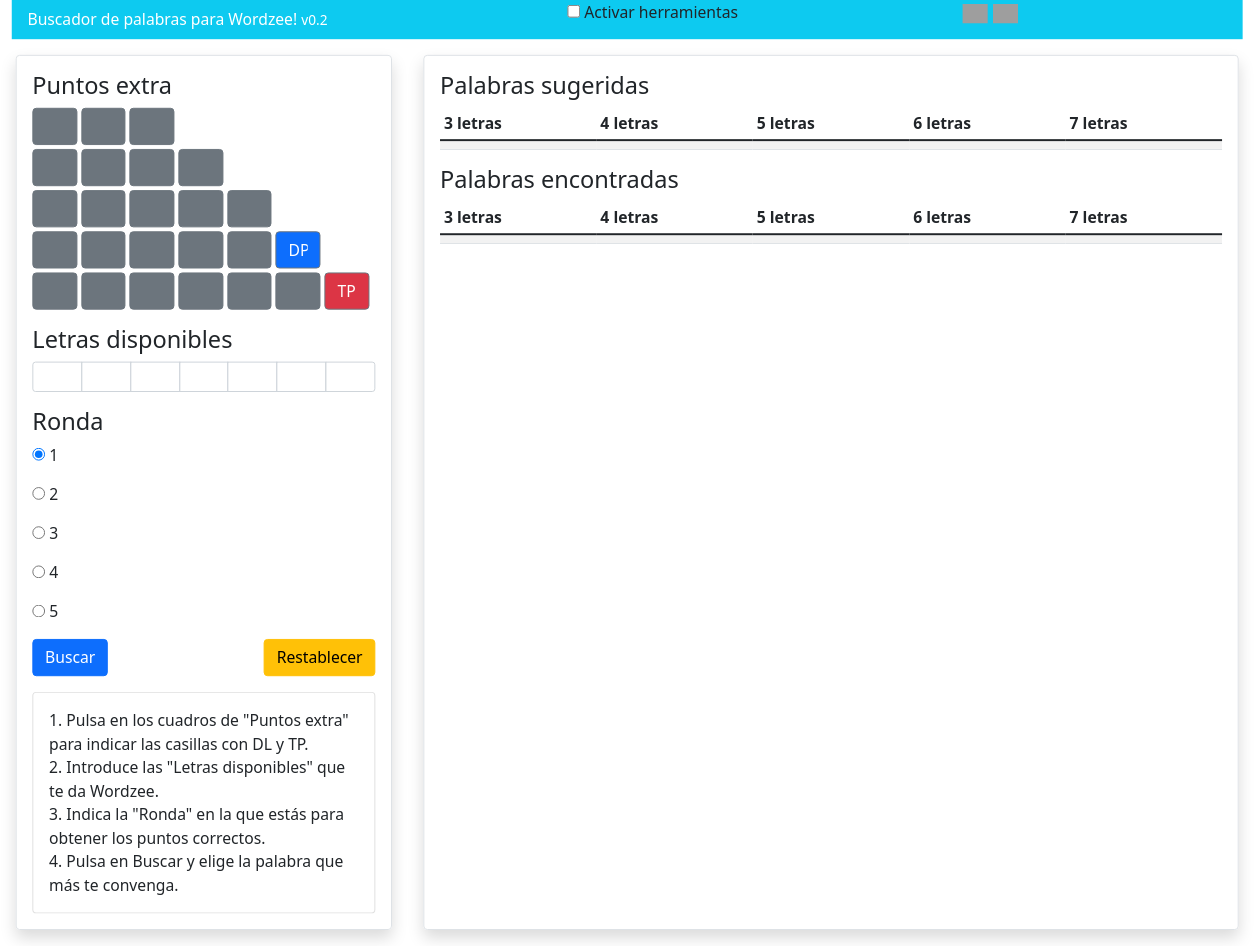
Repository: angelcafe/wordzee-bp_javascript
Page: index.html
The author's editor kept a copy of each file at every save. The page is drawn from the files as they stood at one save, then again after the next save.
The browser window is 1280 px wide. The pictures show the whole page, at 98% of full size.
Pictures or frames that could not be fetched are drawn as grey boxes.

Above is the page before, as saved 2021-10-22 22:00:08.

After the next save:
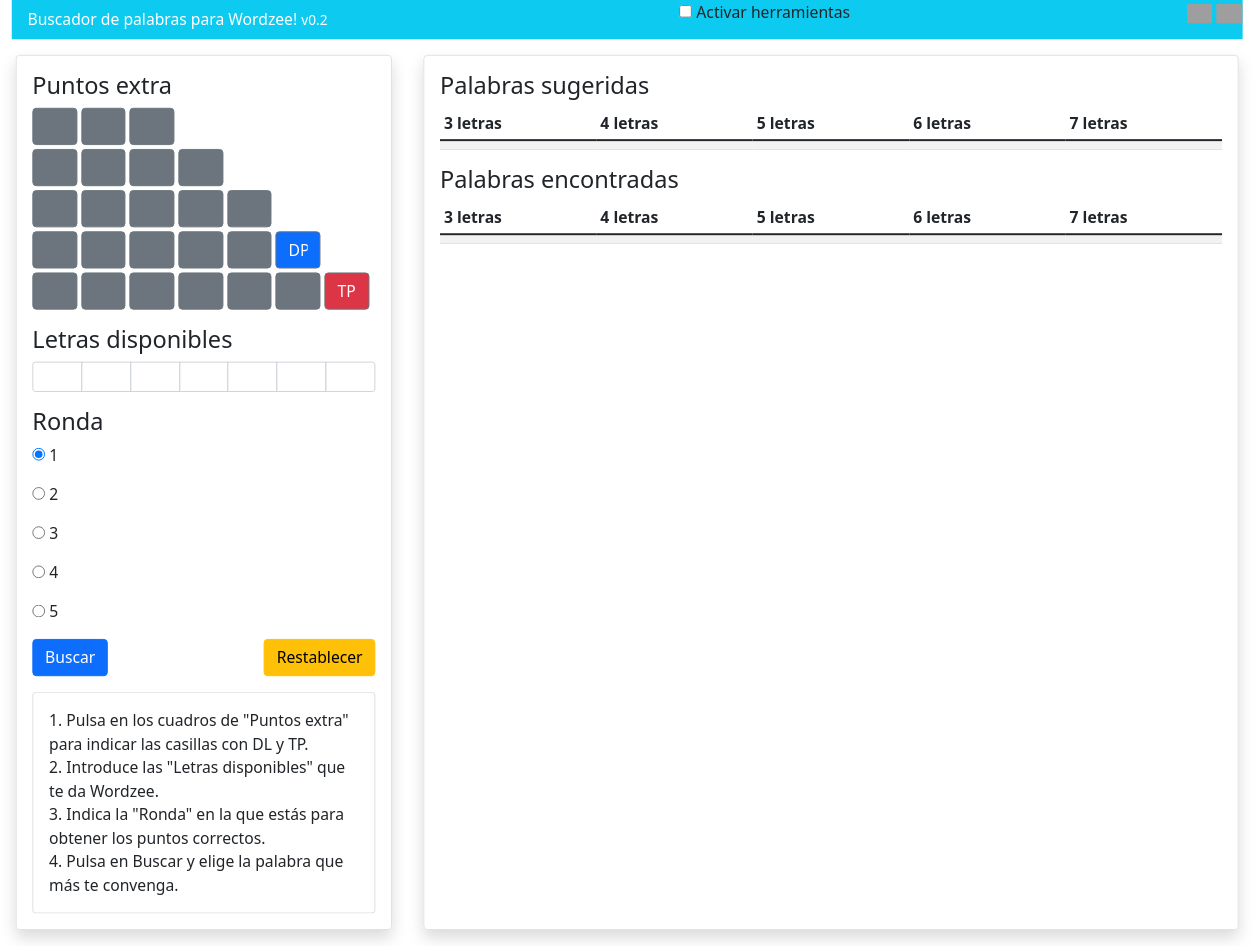
Saved 119 s later.
--- a/index.html
+++ b/index.html
@@ -18,17 +18,17 @@
 <body>
     <div class="container-fluid pl-2 pr-2">
         <!-- Cabecera -->
-        <nav class="nav flex-column flex-sm-row bg-info">
-            <li class="nav-item flex-sm-fill">
+        <nav class="nav d-flex justify-content-between bg-info">
+            <li class="nav-item">
                 <span class="nav-link text-white">Buscador de palabras para Wordzee! <small>v0.2</small></span>
             </li>
-            <li class="nav-item flex-sm-fill">
+            <li class="nav-item">
                 <div class="custom-control custom-switch custom-control-inline">
                     <input class="custom-control-input" type="checkbox" id="idActivarHerramientas">
                     <label class="custom-control-label" for="idActivarHerramientas">Activar herramientas</label>
                 </div>
             </li>
-            <li class="nav-item flex-sm-fill">
+            <li class="nav-item">
                 <span class="navbar-text">
                     <a href="https://www.facebook.com/BuscaPalabras-para-Wordzee-106324508497974" target="_blank"><img src="https://upload.wikimedia.org/wikipedia/commons/5/51/Facebook_f_logo_%282019%29.svg" height="20"></a>
                     <a href="https://t.me/buscadorwordzee" target="_blank"><img src="https://upload.wikimedia.org/wikipedia/commons/thumb/8/83/Telegram_2019_Logo.svg/2048px-Telegram_2019_Logo.svg.png" height="20"></a>
